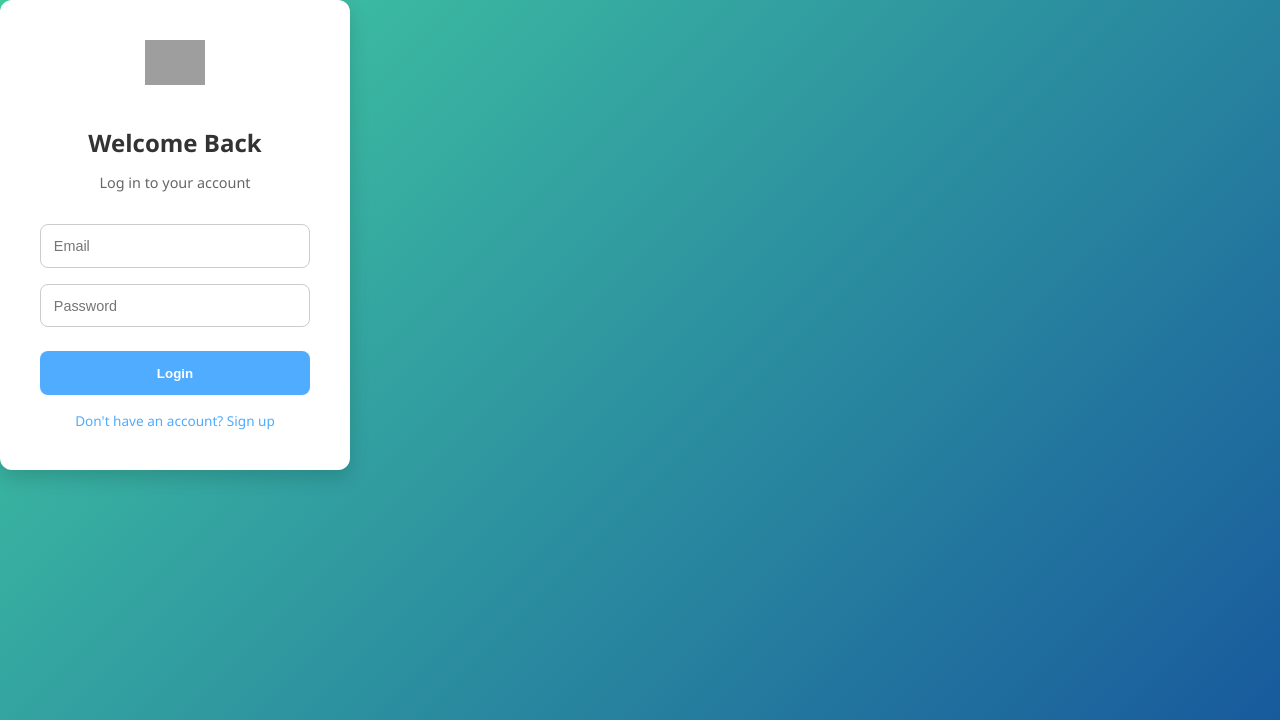
Repository: Ndegwa2/Soluschool
Page: /auth/login (app in frontend/)
The author's editor kept a copy of each file at every save. The page is drawn from the files as they stood at one save, then again after the next save.
The browser window is 1280 px wide. The pictures show the whole page.
Pictures or frames that could not be fetched are drawn as grey boxes. The project was rebuilt for these pictures with package versions that can differ from the ones it lists, and the page was loaded fresh each time. The framework's server and built-in components were replaced by stand-ins that run in the browser. Also part of the build but not shown: frontend/next.config.mjs, frontend/components/layout/Header.js. Imported but missing from the stored project, and not drawn on this page: frontend/lib/config.

Above is the page before, as saved 2025-10-06 20:24:27.

### frontend/pages/_app.js
import '../styles/globals.css'
import Head from 'next/head'
import { AuthProvider } from '../lib/AuthContext'
import Header from '../components/layout/Header'

function MyApp({ Component, pageProps }) {
  return (
    <>
      <Head>
        <link
          href="https://fonts.googleapis.com/css2?family=Poppins:wght@400;500;600;700&display=swap"
          rel="stylesheet"
        />
      </Head>
      <AuthProvider>
        <Header />
        <Component {...pageProps} />
      </AuthProvider>
    </>
  )
}

export default MyApp

### frontend/pages/auth/login.js
import { useRouter } from 'next/router'
import { useEffect } from 'react'
import Link from 'next/link'
import AuthForm from '../../components/common/AuthForm'
import { isAuthenticated, getUserRole } from '../../lib/auth'
import { useAuth } from '../../lib/AuthContext'

export default function Login() {
  const router = useRouter()
  const { isAuth, role } = useAuth()

  useEffect(() => {
    console.log('Login useEffect: isAuth:', isAuth, 'role:', role)
    if (isAuth) {
      console.log('Redirecting based on role:', role)
      if (role === 'parent' || role === 'admin') {
        router.push('/dashboard')
      } else if (role === 'guard') {
        router.push('/qr-codes')
      }
    }
  }, [isAuth, role, router])

  return (
    <div className="form-container">
      <img src="/logo.png" alt="App Logo" />
      <h2>Welcome Back</h2>
      <p>Log in to your account</p>

      <AuthForm isLogin={true} />

      <Link href="/auth/register">Don't have an account? Sign up</Link>
    </div>
  )
}

### frontend/styles/globals.css
:root {
  --bg-grad-a: #3dd0b3;
  --bg-grad-b: #0867a6;
  --surface: #ffffff;
  --text: #0b1220;
  --muted: #6b7280;
  --brand: #10b981;
  --brand-2: #0ea5e9;
  --danger: #ef4444;
  --shadow: 0 10px 30px -12px rgba(2, 8, 23, 0.25);
  --radius: 16px;
}

* { box-sizing: border-box; }
html, body { height: 100%; }
body {
  margin: 0;
  font-family: 'Poppins', system-ui, -apple-system, Segoe UI, Roboto, 'Helvetica Neue', Arial, 'Noto Sans', 'Apple Color Emoji', 'Segoe UI Emoji';
  color: var(--text);
  background: linear-gradient(135deg, var(--bg-grad-a), var(--bg-grad-b)) fixed;
}

/* ====== SHELL ====== */
.container { max-width: 1200px; margin: 32px auto 80px; padding: 0 18px; }
.grid { display:grid; gap: 18px; }

/* ====== CARDS ====== */
.card { background: var(--surface); border-radius: var(--radius); box-shadow: var(--shadow); overflow: hidden; }
.card-header { display:flex; align-items:center; justify-content:space-between; padding: 16px 18px; border-bottom: 1px solid rgba(2,6,23,0.06); }
.card-title { font-size: 18px; font-weight:700; }
.card-sub { font-size: 13px; color: var(--muted); }
.card-body { padding: 18px; }

/* ====== DASH HEADING ====== */
.page-title { font-size: clamp(26px, 3vw, 36px); color:#0b1220; margin: 18px 0 12px; text-shadow: 0 2px 0 rgba(255,255,255,.35); }
.page-sub { color: #0b1220cc; font-weight:500; margin-bottom: 20px; }

/* ====== KPI TILES ====== */
.kpis { grid-template-columns: repeat(12, minmax(0, 1fr)); }
.kpi { grid-column: span 12; display:flex; align-items:center; gap: 14px; padding: 18px; border-radius: var(--radius); background: linear-gradient(180deg,#fff, #f8fafc); border: 1px solid rgba(2,6,23,0.06); }
.kpi .icon { width: 44px; height: 44px; display:grid; place-items:center; border-radius: 12px; background: linear-gradient(135deg,var(--brand),var(--brand-2)); color:#fff; box-shadow: var(--shadow); }
.kpi .big { font-size: 26px; font-weight: 800; }
.kpi .label { color: var(--muted); font-size: 12px; font-weight:600; letter-spacing:.3px; text-transform: uppercase; }
@media (min-width: 700px) { .kpi { grid-column: span 4; } }

/* ====== QUICK ACTIONS ====== */
.action-row { display:flex; flex-wrap:wrap; gap: 12px; }
.chip-btn { display:flex; align-items:center; gap:10px; border:1px solid rgba(2,6,23,.08); background:#fff; padding:12px 16px; border-radius: 14px; font-weight:700; cursor:pointer; transition: transform .06s ease, box-shadow .2s ease; box-shadow: 0 6px 18px -12px rgba(2,6,23,.3); }
.chip-btn:hover { transform: translateY(-1px); box-shadow: 0 12px 28px -16px rgba(2,6,23,.35); }
.chip-btn .chip { width:28px; height:28px; display:grid; place-items:center; border-radius: 10px; color:#fff; background: linear-gradient(135deg,var(--brand-2),var(--brand)); }

/* ====== TABLE ====== */
.table-wrap { overflow: auto; border:1px solid rgba(2,6,23,.06); border-radius: 12px; }
table { width:100%; border-collapse: collapse; background:#fff; }
thead th { position: sticky; top:0; background: #f8fafc; text-align:left; font-size: 12px; letter-spacing:.3px; color: var(--muted); text-transform: uppercase; padding: 12px 14px; border-bottom:1px solid rgba(2,6,23,.08); cursor: pointer; }
tbody td { padding: 14px; border-bottom:1px solid rgba(2,6,23,.06); }
tbody tr:hover { background:#fafafa; }
.status { font-weight:700; font-size: 12px; padding:6px 10px; border-radius: 999px; display:inline-block; }
.ok { background: #dcfce7; color:#166534; }
.pending { background:#fef9c3; color:#854d0e; }
.danger { background:#fee2e2; color:#7f1d1d; }

/* ====== SEARCH ====== */
.searchbar { display:flex; align-items:center; gap:10px; }
.searchbar input { width: 100%; padding: 12px 14px 12px 40px; border-radius: 12px; border:1px solid rgba(2,6,23,.08); outline:none; font-weight:600; background:#fff url('data:[embedded picture, 291 characters]') no-repeat 12px center; }

/* ====== LAYOUT (MAIN GRID) ====== */
.main-grid { grid-template-columns: 1fr; }
@media (min-width: 980px) { .main-grid { grid-template-columns: 7fr 5fr; } }

/* subtle in-card gradient header */
.soft { background: linear-gradient(180deg, rgba(16,185,129,0.07), rgba(14,165,233,0.07)); }

code {
  font-family: source-code-pro, Menlo, Monaco, Consolas, 'Courier New',
    monospace;
}

/* Container card */
.form-container {
  background: #fff;
  padding: 2.5rem;
  border-radius: 12px;
  box-shadow: 0 8px 20px rgba(0, 0, 0, 0.15);
  width: 350px;
  max-width: 100%;
  text-align: center;
  animation: fadeIn 0.8s ease-in-out;
}

/* Logo */
.form-container img {
  width: 60px;
  margin-bottom: 1rem;
}

/* Heading */
.form-container h2 {
  margin-bottom: 0.5rem;
  font-size: 1.5rem;
  color: #333;
}

/* Subtitle */
.form-container p {
  margin-bottom: 1.5rem;
  font-size: 0.9rem;
  color: #666;
}


/* Inputs and selects */
.form-container input,
.form-container select {
  width: 100%;
  padding: 0.8rem;
  margin: 0.5rem 0;
  border: 1px solid #ccc;
  border-radius: 8px;
  font-size: 0.9rem;
  outline: none;
  transition: border 0.3s;
}

.form-container input:focus,
.form-container select:focus {
  border-color: #4facfe;
}

/* Error messages */
.form-container .error {
  color: red;
  font-size: 0.8rem;
}

/* Button */
.form-container button {
  width: 100%;
  padding: 0.9rem;
  margin-top: 1rem;
  background: #4facfe;
  border: none;
  border-radius: 8px;
  color: white;
  font-weight: bold;
  cursor: pointer;
  transition: background 0.3s;
}

.form-container button:hover {
  background: #009ffd;
}

/* Links */
.form-container a {
  display: block;
  margin-top: 1rem;
  font-size: 0.85rem;
  color: #4facfe;
  text-decoration: none;
}

.form-container a:hover {
  text-decoration: underline;
}

/* Responsive tweaks */
@media (max-width: 480px) {
  .form-container {
    padding: 2rem 1.2rem;
    width: 100%;
  }

  .form-container h2 {
    font-size: 1.3rem;
  }
}

/* Fade-in animation */
@keyframes fadeIn {
  from {
    opacity: 0;
    transform: translateY(20px);
  }
  to {
    opacity: 1;
    transform: translateY(0);
  }
}

/* Dashboard styles */
body {
  font-family: 'Segoe UI', Tahoma, Geneva, Verdana, sans-serif;
  background: linear-gradient(135deg, #43cea2, #185a9d);
  margin: 0;
  padding: 0;
  min-height: 100vh;
  display: flex;
  flex-direction: column;
}

/* Navbar */
.navbar {
  display: flex;
  justify-content: space-between;
  align-items: center;
  background: rgba(255, 255, 255, 0.1);
  padding: 1rem 2rem;
  color: #fff;
}

.navbar h1 {
  font-size: 1.2rem;
  font-weight: bold;
}

.nav-links a {
  margin-left: 1rem;
  color: #fff;
  text-decoration: none;
  font-size: 0.9rem;
}

.nav-links a:hover {
  text-decoration: underline;
}

/* Dashboard container */
.dashboard {
  flex: 1;
  padding: 2rem;
  display: grid;
  grid-template-columns: repeat(auto-fit, minmax(220px, 1fr));
  gap: 1.5rem;
}

/* Stat cards */
.card {
  background: #fff;
  border-radius: 12px;
  padding: 1.5rem;
  box-shadow: 0 4px 12px rgba(0,0,0,0.1);
  text-align: center;
  animation: fadeIn 0.6s ease;
}

.card h3 {
  margin: 0;
  font-size: 1rem;
  color: #333;
}

.card p {
  margin-top: 0.5rem;
  font-size: 1.5rem;
  font-weight: bold;
  color: #185a9d;
}

/* Quick actions */
.actions {
  grid-column: span 2;
  background: #fff;
  border-radius: 12px;
  padding: 1.5rem;
  box-shadow: 0 4px 12px rgba(0,0,0,0.1);
}

.actions h3 {
  margin-bottom: 1rem;
  font-size: 1rem;
  color: #333;
}

.actions button {
  margin-right: 1rem;
  padding: 0.7rem 1.2rem;
  border: none;
  border-radius: 8px;
  background: #43cea2;
  color: white;
  cursor: pointer;
  font-size: 0.9rem;
  transition: background 0.3s;
}

.actions button:hover {
  background: #2bb673;
}

/* Animation */
@keyframes fadeIn {
  from { opacity: 0; transform: translateY(15px); }
  to { opacity: 1; transform: translateY(0); }
}

/* Pickup History */
.pickup-history {
  flex: 1;
  padding: 2rem;
  max-width: 1200px;
  margin: 0 auto;
}

.pickup-history h2 {
  color: #fff;
  margin-bottom: 1.5rem;
  font-size: 1.8rem;
}

.controls {
  display: flex;
  gap: 1rem;
  margin-bottom: 1.5rem;
  align-items: center;
}

.search {
  display: flex;
  align-items: center;
  background: #fff;
  border-radius: 8px;
  padding: 0.5rem 1rem;
  flex: 1;
  max-width: 300px;
}

.search span {
  margin-right: 0.5rem;
  color: #666;
}

.search input {
  border: none;
  outline: none;
  flex: 1;
  font-size: 0.9rem;
}

.filter select {
  padding: 0.5rem 1rem;
  border: 1px solid #ccc;
  border-radius: 8px;
  background: #fff;
  font-size: 0.9rem;
  outline: none;
}

.pickup-table {
  width: 100%;
  background: #fff;
  border-radius: 12px;
  overflow: hidden;
  box-shadow: 0 4px 12px rgba(0,0,0,0.1);
  border-collapse: collapse;
}

.pickup-table th,
.pickup-table td {
  padding: 1rem;
  text-align: left;
  border-bottom: 1px solid #eee;
}

.pickup-table th {
  background: #f8f9fa;
  font-weight: 600;
  color: #333;
}

.pickup-table td {
  color: #555;
}

.pickup-table tr:last-child td {
  border-bottom: none;
}

.pickup-table tr:hover {
  background: #f8f9fa;
}

### frontend/lib/AuthContext.js
import { createContext, useContext, useState, useEffect } from 'react'
import { useRouter } from 'next/router'
import { isAuthenticated, getUserRole, logout } from './auth'

const AuthContext = createContext()

export const useAuth = () => useContext(AuthContext)

export const AuthProvider = ({ children }) => {
  const [isAuth, setIsAuth] = useState(false)
  const [role, setRole] = useState(null)
  const router = useRouter()

  useEffect(() => {
    setIsAuth(isAuthenticated())
    setRole(getUserRole())
  }, [])

  const handleLogout = () => {
    logout()
    setIsAuth(false)
    setRole(null)
    router.push('/auth/login')
  }

  const refreshAuth = () => {
    console.log('refreshAuth called')
    setIsAuth(isAuthenticated())
    setRole(getUserRole())
    console.log('Auth state updated: isAuth:', isAuthenticated(), 'role:', getUserRole())
  }

  return (
    <AuthContext.Provider value={{ isAuth, role, logout: handleLogout, refreshAuth }}>
      {children}
    </AuthContext.Provider>
  )
}

### frontend/components/common/AuthForm.js
import { useState } from 'react'
import { useForm } from 'react-hook-form'
import { apiClient } from '../../lib/api'
import { login } from '../../lib/auth'
import { useAuth } from '../../lib/AuthContext'

const AuthForm = ({ isLogin = true, onSuccess }) => {
  const [error, setError] = useState('')
  const [loading, setLoading] = useState(false)
  const { register, handleSubmit, formState: { errors } } = useForm()
  const { refreshAuth } = useAuth()

  const onSubmit = async (data) => {
    setError('')
    setLoading(true)
    try {
      const endpoint = isLogin ? '/api/auth/login' : '/api/auth/register'
      const response = await apiClient.post(endpoint, data, false) // no auth for auth endpoints
      console.log('Auth response:', response)
      login(response.token)
      console.log('Token stored')
      refreshAuth() // Update AuthContext state
      console.log('AuthContext refreshed')
      // Redirect will happen via useEffect in login.js when state updates
    } catch (err) {
      setError(err.message || 'An error occurred')
    } finally {
      setLoading(false)
    }
  }

  return (
    <form onSubmit={handleSubmit(onSubmit)}>
      {!isLogin && (
        <>
          <input
            {...register('name', { required: 'Name is required' })}
            type="text"
            placeholder="Full Name"
          />
          {errors.name && <p className="error">{errors.name.message}</p>}
          <select
            {...register('role', { required: 'Role is required' })}
          >
            <option value="">Select Role</option>
            <option value="parent">Parent</option>
            <option value="teacher">Teacher</option>
            <option value="admin">Admin</option>
          </select>
          {errors.role && <p className="error">{errors.role.message}</p>}
        </>
      )}
      <input
        {...register('email', { required: 'Email is required' })}
        type="email"
        placeholder="Email"
      />
      {errors.email && <p className="error">{errors.email.message}</p>}
      <input
        {...register('password', { required: 'Password is required' })}
        type="password"
        placeholder="Password"
      />
      {errors.password && <p className="error">{errors.password.message}</p>}
      {error && <p className="error">{error}</p>}
      <button
        type="submit"
        disabled={loading}
      >
        {loading ? 'Loading...' : (isLogin ? 'Login' : 'Register')}
      </button>
    </form>
  )
}

export default AuthForm

### frontend/lib/auth.js
import { jwtDecode } from 'jwt-decode'

export const isAuthenticated = () => {
  const token = localStorage.getItem('token')
  if (!token) return false
  try {
    const decoded = jwtDecode(token)
    return decoded.exp * 1000 > Date.now()
  } catch {
    return false
  }
}

export const getToken = () => {
  return localStorage.getItem('token')
}

export const getUserRole = () => {
  const token = getToken()
  if (!token) return null
  try {
    const decoded = jwtDecode(token)
    return decoded.role
  } catch {
    return null
  }
}

export const getUserId = () => {
  const token = getToken()
  if (!token) return null
  try {
    const decoded = jwtDecode(token)
    return decoded.id
  } catch {
    return null
  }
}

export const login = (token) => {
  localStorage.setItem('token', token)
}

export const logout = () => {
  localStorage.removeItem('token')
}

### frontend/lib/api.js
import { API_URL } from './config'
import { getToken } from './auth'

const getHeaders = (includeAuth = true) => {
  const headers = { 'Content-Type': 'application/json' }
  if (includeAuth) {
    const token = getToken()
    if (token) {
      headers.Authorization = `Bearer ${token}`
    }
  }
  return headers
}

export const apiClient = {
  get: async (endpoint, includeAuth = true) => {
    const res = await fetch(`${API_URL}${endpoint}`, {
      headers: getHeaders(includeAuth)
    })
    if (!res.ok) {
      throw new Error(`API Error: ${res.status} ${res.statusText}`)
    }
    return res.json()
  },
  post: async (endpoint, data, includeAuth = true) => {
    const res = await fetch(`${API_URL}${endpoint}`, {
      method: 'POST',
      headers: getHeaders(includeAuth),
      body: JSON.stringify(data)
    })
    if (!res.ok) {
      throw new Error(`API Error: ${res.status} ${res.statusText}`)
    }
    return res.json()
  },
  put: async (endpoint, data, includeAuth = true) => {
    const res = await fetch(`${API_URL}${endpoint}`, {
      method: 'PUT',
      headers: getHeaders(includeAuth),
      body: JSON.stringify(data)
    })
    if (!res.ok) {
      throw new Error(`API Error: ${res.status} ${res.statusText}`)
    }
    return res.json()
  },
  delete: async (endpoint, includeAuth = true) => {
    const res = await fetch(`${API_URL}${endpoint}`, {
      method: 'DELETE',
      headers: getHeaders(includeAuth)
    })
    if (!res.ok) {
      throw new Error(`API Error: ${res.status} ${res.statusText}`)
    }
    return res.json()
  }
}

After the next save:
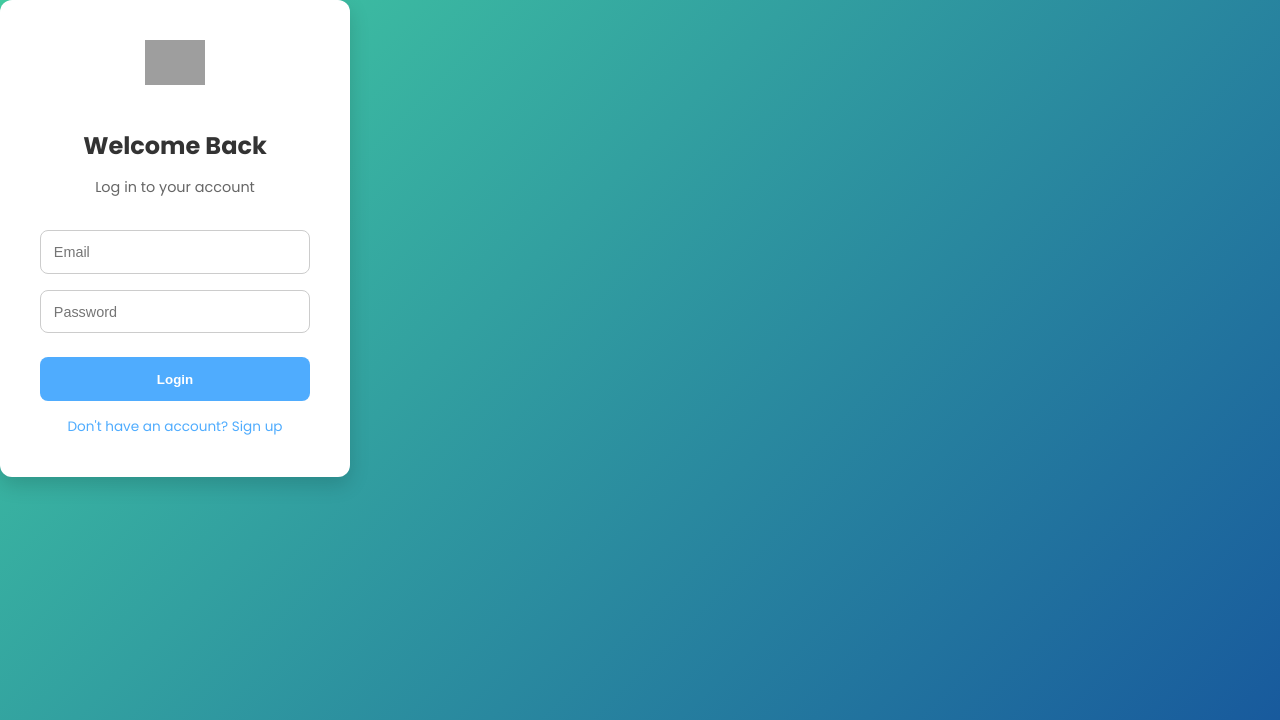
Saved 2 min 15 s later.
--- a/frontend/pages/_app.js
+++ b/frontend/pages/_app.js
@@ -1,22 +1,22 @@
 import '../styles/globals.css'
-import Head from 'next/head'
+import { Poppins } from 'next/font/google'
 import { AuthProvider } from '../lib/AuthContext'
 import Header from '../components/layout/Header'
 
+const poppins = Poppins({
+  subsets: ['latin'],
+  weight: ['400', '500', '600', '700'],
+  display: 'swap',
+})
+
 function MyApp({ Component, pageProps }) {
   return (
-    <>
-      <Head>
-        <link
-          href="https://fonts.googleapis.com/css2?family=Poppins:wght@400;500;600;700&display=swap"
-          rel="stylesheet"
-        />
-      </Head>
+    <div className={poppins.className}>
       <AuthProvider>
         <Header />
         <Component {...pageProps} />
       </AuthProvider>
-    </>
+    </div>
   )
 }
 
